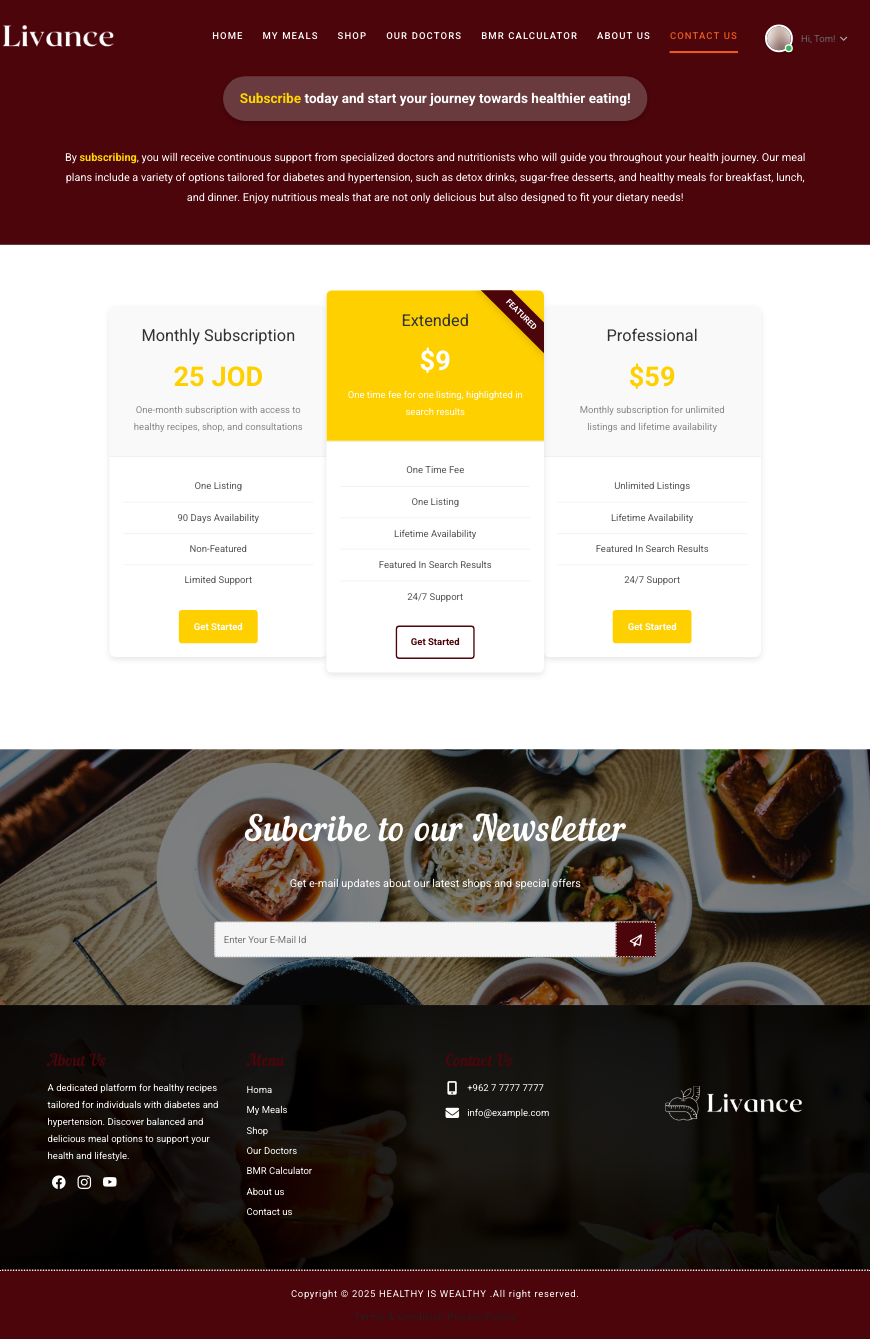
Repository: Surahailat/masterpiece
Page: masterpiece-p1/subsecribe.html
An editor plug-in stored every save of this project. The page is shown before and after the next save, followed by the edit.
The browser window is 1280 px wide. The pictures show the whole page, at 68% of full size.
Backgrounds fixed to the window are drawn as part of the page. Some web fonts or font styles are not loaded; a fallback is used. Some web libraries are served in a nearby version.

Above is the page before, as saved 2025-02-12 21:36:26.

### masterpiece-p1/subsecribe.html
<!DOCTYPE html>
<html lang="en">

<head>
    <!-- Basic -->
    <meta charset="utf-8">
    <meta http-equiv="X-UA-Compatible" content="IE=edge">

    <!-- Mobile Metas -->
    <meta name="viewport" content="width=device-width, maximum-scale=1, initial-scale=1, user-scalable=0">

    <!-- Site Metas -->
    <title>Food Funday Restaurant - One page HTML Responsive</title>
    <meta name="keywords" content="">
    <meta name="description" content="">
    <meta name="author" content="">

    <!-- Site Icons -->
    <link rel="shortcut icon" href="images/favicon.ico" type="image/x-icon" />
    <link rel="apple-touch-icon" href="images/apple-touch-icon.png">
    <link rel="stylesheet" href="https://maxcdn.bootstrapcdn.com/font-awesome/4.6.1/css/font-awesome.min.css">
    <!-- Bootstrap CSS -->
    <link rel="stylesheet" href="css/bootstrap.min.css">
    <link rel="stylesheet" href="https://cdn.jsdelivr.net/npm/bootstrap-icons@1.3.0/font/bootstrap-icons.css">
    <!-- Site CSS -->
    <link rel="stylesheet" href="css/subsecribe.css">
    <!-- Responsive CSS -->
    <link rel="stylesheet" href="css/responsive.css">
    <!-- color -->
    <link id="changeable-colors" rel="stylesheet" href="css/colors/orange.css" />
    <link href="https://cdnjs.cloudflare.com/ajax/libs/font-awesome/6.0.0-beta3/css/all.min.css" rel="stylesheet">



    <script src="https://kit.fontawesome.com/64d58efce2.js" crossorigin="anonymous"></script>



    <!-- Modernizer -->
    <script src="js/modernizer.js"></script>
</head>

<body>
    <div id="loader">
        <div id="status"></div>
    </div>
    <div id="site-header">
        <header id="header" class="header-block-top">
            <div class="container">
                <div class="row">
                    <div class="main-menu">
                        <!-- navbar -->
                        <nav class="navbar navbar-default" id="mainNav">
                            <div class="navbar-header">
                                <button type="button" class="navbar-toggle collapsed" data-toggle="collapse"
                                    data-target="#navbar" aria-expanded="false" aria-controls="navbar">
                                    <span class="sr-only">Toggle navigation</span>
                                    <span class="icon-bar"></span>
                                    <span class="icon-bar"></span>
                                    <span class="icon-bar"></span>
                                </button>
                            </div>
                            <div id="navbar" class="navbar-collapse collapse">
                                <ul class="nav navbar-nav navbar-left" style="width: 2%;">
                                    <li><img src="/images/Screenshot_2025-01-26_114436-removebg-preview (1).png" alt=""
                                            style="width: 34rem;
                                        position: relative;
                                        right: 56%;
                                        top: -6rem;"></li>
                                </ul>
                                <ul class="nav navbar-nav navbar" style="margin-left: 18%;">
                                    <li class="active"><a href="#banner">Home</a></li>
                                    <li><a href="#about">My Meals</a></li>
                                    <li><a href="#our_team">Shop</a></li>
                                    <li><a href="#menu">Our Doctors</a></li>
                                    <li><a href="#gallery">BMR Calculator</a></li>

                                    <li><a href="#reservation">About us</a></li>
                                    <li><a href="#footer">Contact us</a></li>
                                </ul>
                                <!-- Right Side Content / End -->
                                <div class="right-side">
                                    <div class="header-widget">
                                        <!-- User Menu -->
                                        <div class="user-menu">
                                            <div class="user-name"><span><img src="images/dashboard-avatar.jpg"
                                                        alt=""></span>Hi, Tom!</div>
                                            <ul>
                                                <li><a href=""><i class="fa-regular fa-user"
                                                            style="color: #696969;"></i> My Profile</a></li>
                                                <li><a href=""><i class="fa-regular fa-envelope-open"
                                                            style="color: #696969;"></i> Messages</a></li>
                    <li><a href="subsecribe.html"><i class="fa-regular fa-bell" style="color: #696969;"></i> Subscribe</a></li>

                                                <li><a href=""><i class="fa-solid fa-arrow-right-from-bracket"
                                                            style="color: #696969;"></i> Logout</a></li>
                                            </ul>
                                        </div>
                                    </div>
                                </div>

                            </div>
                            <!-- end nav-collapse -->
                        </nav>
                        <!-- end navbar -->
                    </div>
                </div>
                <!-- end row -->
            </div>
            <!-- end container-fluid -->
        </header>
        <!-- end header -->
    </div>
    <!-- end site-header -->

    <div id="banner" class="banner full-screen-mode parallax">
        <div class="subscribe-section">
            <!-- العنوان -->
            <div class="subscribe-header">
                <span>Subscribe</span> today and start your journey towards healthier eating!
            </div>

            <!-- النص الرئيسي -->
            <div class="subscribe-content">
                By <span>subscribing</span>, you will receive continuous support from specialized doctors and
                nutritionists who will guide you throughout your health journey.
                Our meal plans include a variety of options tailored for diabetes and hypertension, such as detox
                drinks, sugar-free desserts, and healthy meals for breakfast, lunch, and dinner.
                Enjoy nutritious meals that are not only delicious but also designed to fit your dietary needs!
            </div>
        </div>

    </div>
    <!-- end banner -->

    <div class="pricing-container">
        <!-- Basic Plan -->
        <div class="plan">
            <div class="plan-price">
                <h3>Monthly Subscription</h3>
                <div class="value">25 JOD</div>
                <div class="period">One-month subscription with access to healthy recipes, shop, and consultations</div>
            </div>
            <div class="plan-features">
                <ul>
                    <li>One Listing</li>
                    <li>90 Days Availability</li>
                    <li>Non-Featured</li>
                    <li>Limited Support</li>
                </ul>
                <a href="#">Get Started</a>
            </div>
        </div>

        <!-- Extended Plan -->
        <div class="plan plan-featured">
            <div class="listing-badge"><span>Featured</span></div>
            <div class="plan-price">
                <h3>Extended</h3>
                <div class="value">$9</div>
                <div class="period">One time fee for one listing, highlighted in search results</div>
            </div>
            <div class="plan-features">
                <ul>
                    <li>One Time Fee</li>
                    <li>One Listing</li>
                    <li>Lifetime Availability</li>
                    <li>Featured In Search Results</li>
                    <li>24/7 Support</li>
                </ul>
                <a href="#">Get Started</a>
            </div>
        </div>

        <!-- Professional Plan -->
        <div class="plan">
            <div class="plan-price">
                <h3>Professional</h3>
                <div class="value">$59</div>
                <div class="period">Monthly subscription for unlimited listings and lifetime availability</div>
            </div>
            <div class="plan-features">
                <ul>
                    <li>Unlimited Listings</li>
                    <li>Lifetime Availability</li>
                    <li>Featured In Search Results</li>
                    <li>24/7 Support</li>
                </ul>
                <a href="#">Get Started</a>
            </div>
        </div>
    </div>


    <div id="footer" class="footer-main">
        <div class="footer-news pad-top-100 pad-bottom-70 parallax">
            <div class="container">
                <div class="row">
                    <div class="col-lg-12 col-md-12 col-sm-12 col-xs-12">
                        <div class="wow fadeIn" data-wow-duration="1s" data-wow-delay="0.1s">
                            <h2 class="ft-title color-white text-center">Subcribe to our Newsletter</h2>
                            <p> Get e-mail updates about our latest shops and special offers</p>
                        </div>
                        <form>
                            <input type="email" placeholder="Enter your e-mail id">
                            <a href="#" class="orange-btn"><i class="fa fa-paper-plane-o" aria-hidden="true"></i></a>
                        </form>
                    </div>
                    <!-- end col -->
                </div>
                <!-- end row -->
            </div>
            <!-- end container -->
        </div>
        <!-- end footer-news -->
        <div class="footer-box pad-top-70">
            <div class="container">
                <div class="row">
                    <div class="footer-in-main">

                        <div class="col-lg-3 col-md-3 col-sm-6 col-xs-12">
                            <div class="footer-box-a">
                                <h3>About Us</h3>
                                <p>A dedicated platform for healthy recipes tailored for individuals with diabetes
                                    and
                                    hypertension. Discover balanced and delicious meal options to support your
                                    health
                                    and lifestyle.</p>
                                <ul class="socials-box footer-socials pull-left">
                                    <li>
                                        <a href="#">
                                            <div class="social-circle-border"><i class="bi bi-facebook"></i></div>
                                        </a>
                                    </li>

                                    <li>
                                        <a href="#">
                                            <div class="social-circle-border"><i class="bi bi-instagram"></i>
                                            </div>
                                        </a>
                                    </li>
                                    <li>
                                        <a href="#">
                                            <div class="social-circle-border"><i class="bi bi-youtube"></i></div>
                                        </a>
                                    </li>
                                </ul>

                            </div>
                            <!-- end footer-box-a -->
                        </div>
                        <!-- end col -->
                        <div class="col-lg-3 col-md-3 col-sm-6 col-xs-12">
                            <div class="footer-box-b">
                                <h3>Menu</h3>
                                <ul>
                                    <li><a href="#">Homa</a></li>
                                    <li><a href="#">My Meals</a></li>
                                    <li><a href="#">Shop</a></li>
                                    <li><a href="#">Our Doctors</a></li>
                                    <li><a href="#">BMR Calculator</a></li>
                                    <li><a href="#">About us</a></li>
                                    <li><a href="#">Contact us</a></li>

                                </ul>
                            </div>
                            <!-- end footer-box-b -->
                        </div>
                        <!-- end col -->
                        <div class="col-lg-3 col-md-3 col-sm-6 col-xs-12">
                            <div class="footer-box-c">
                                <h3>Contact Us</h3>

                                <p>
                                    <i class="fa fa-mobile" aria-hidden="true"></i>
                                    <span>
                                        +962 7 7777 7777
                                    </span>
                                </p>
                                <p>
                                    <i class="fa fa-envelope" aria-hidden="true"></i>
                                    <span><a href="#">info@example.com</a></span>
                                </p>
                            </div>
                            <!-- end footer-box-c -->
                        </div>
                        <!-- end col -->
                        <div class="footer-logo">
                            <div class="text-center">
                                <img src="/images/Screenshot_2025-01-26_114436-removebg-preview (1).png" alt="" style="    width: 25%;
margin-top: -2%;" />
                            </div>
                        </div>
                    </div>
                    <!-- end footer-in-main -->
                </div>
                <!-- end row -->
            </div>
            <!-- end container -->
            <div id="copyright" class="copyright-main">
                <div class="container">
                    <div class="row">
                        <div class="col-lg-12 col-md-12 col-sm-12 col-xs-12">
                            <h6 class="copy-title"> Copyright &copy; 2025 HEALTHY IS WEALTHY .All right reserved.
                                <br>
                                <br>
                                <a href="https://themewagon.com/" target="_blank">Terms & Condition </a>
                                <a href="https://themewagon.com/" target="_blank">Privacy Policy</a>
                            </h6>
                        </div>
                    </div>
                    <!-- end row -->
                </div>
                <!-- end container -->
            </div>
            <!-- end copyright-main -->
        </div>
        <!-- end footer-box -->
    </div>
    <!-- end footer-main -->
    <!-- ALL JS FILES -->


    <a href="#" class="scrollup" style="display: none;">Scroll</a>




    <script src="js/all.js"></script>
    <script src="js/bootstrap.min.js"></script>
    <!-- ALL PLUGINS -->
    <script src="js/custom.js"></script>
    <script src="https://code.jquery.com/jquery-2.2.4.min.js"></script>
    <script>
        document.addEventListener("DOMContentLoaded", function () {
            const userMenu = document.querySelector(".user-menu");
            const userName = userMenu.querySelector(".user-name");
            const menuList = userMenu.querySelector("ul");

            userName.addEventListener("click", function (event) {
                event.stopPropagation(); // منع غلق القائمة عند الضغط على العنصر نفسه
                userMenu.classList.toggle("active");
            });

            document.addEventListener("click", function (event) {
                if (!userMenu.contains(event.target)) {
                    userMenu.classList.remove("active"); // إخفاء القائمة عند النقر خارجها
                }
            });
        });
    </script>
</body>

</html>

### masterpiece-p1/css/colors/orange.css
.navbar-default .navbar-toggle .icon-bar{
	background-color: #e75b1e;
}
.main-menu .navbar-default .navbar-nav .active a{
	color: #e75b1e;
}
.main-menu nav li a::after {
    background: #e75b1e;
}
.typer{
	color: #e75b1e !important;
}
.banner-text h2{
	color: #e75b1e
}
.book-btn a{
	background: #e75b1e;
	border: 3px solid #e75b1e;
}
.book-btn a:hover{
	border: 3px solid #f04900;
}
.hvr-underline-from-center::before{
	background:#f04900;
}
.block-title{
	color: #e75b1e;
}
.item-type-zoom .item-hover:hover::before{
	background: rgba(231, 91, 30, 0.5);
}
.special-box .owl-theme .owl-controls .owl-page.active span{
	background: #e75b1e;
}
.offer-item div h3{
	color: #e75b1e;
}
.tab-menu .is-active{
	background: #e75b1e;
}
.tab-menu .slick-arrow.slick-prev{
	background: #e75b1e url(../../images/back.png) no-repeat center;
	background-position: 2px 4px;
}
.tab-menu .slick-arrow.slick-next{
	background: #e75b1e url(../../images/next.png) no-repeat center;
	background-position: 7px 4px;
}

.offer-item .offer-price{
	border: 1px solid #e75b1e;
}
.sf-team:hover .text-col{
	background-color: #e75b1e;
}
.gal-item a::after{
	background-color: rgba(231, 91, 30, 0.75);
}
.overlay i:hover{
	border: 1px solid #e75b1e;
	color: #e75b1e;
}
.blog-btn-v a{
	background: #e75b1e;
	border: 3px solid #e75b1e;
}
.book-srv a{
	background: #e75b1e;
	border: 3px solid #e75b1e;
}

.panel-pricing .panel-heading{
	background: #e75b1e;
}
.panel-pricing{
	border: 1px solid #e75b1e;
}
.panel-body p strong span{
	color: #e75b1e;
}
.pricing-main .panel-footer a{
	background: #e75b1e;
	border: 3px solid #e75b1e;
}
.pricing-main .panel-footer a:hover{
	border: 3px solid #f04900;
}

.reserve-book-btn button{
	background: #e75b1e;
	border: 3px solid #e75b1e;
}
.reserve-book-btn button:hover a{
	color:#000000;
}
.footer-news form a{
	background: #e75b1e;
}
.footer-news form a:hover{
	border: 2px dotted #e75b1e;
}
.footer-box-a h3{
	color: #e75b1e;
}
.footer-box-b h3{
	color: #e75b1e;
}
.footer-box-c h3{
	color: #e75b1e;
}
.footer-box-d h3{
	color: #e75b1e;
}
.footer-box-c p a:hover{
	color: #e75b1e;
}
.footer-box-b ul li a:hover{
	color: #e75b1e;
}

.footer-box .socials-box a:hover .social-circle-border{
	color: #e75b1e;
}

.footer-box-c p i{
	color: #e75b1e;
}

.copyright-main{
	background: #e75b1e;
}

#color-panel a.panel-button:hover{
	color: #e75b1e;
}

Loaded but not shown: masterpiece-p1/css/bootstrap.min.css (library); masterpiece-p1/css/owl.theme.css (common file); masterpiece-p1/css/owl.carousel.css (library); masterpiece-p1/css/slick.css (common file); masterpiece-p1/css/flaticon.css (common file); masterpiece-p1/css/font-awesome.min.css (library); masterpiece-p1/css/bootstrap-datetimepicker.css (library); masterpiece-p1/css/bootstrap-select.min.css (library); masterpiece-p1/css/normalize.css (library); masterpiece-p1/css/animate.min.css (library); masterpiece-p1/js/all.js (library); masterpiece-p1/js/bootstrap.min.js (library); masterpiece-p1/js/modernizer.js (4546 lines, source omitted); masterpiece-p1/js/custom.js (309 lines, source omitted); masterpiece-p1/css/subsecribe.css (1276 lines, source omitted); masterpiece-p1/css/responsive.css (333 lines, source omitted)

After the next save:
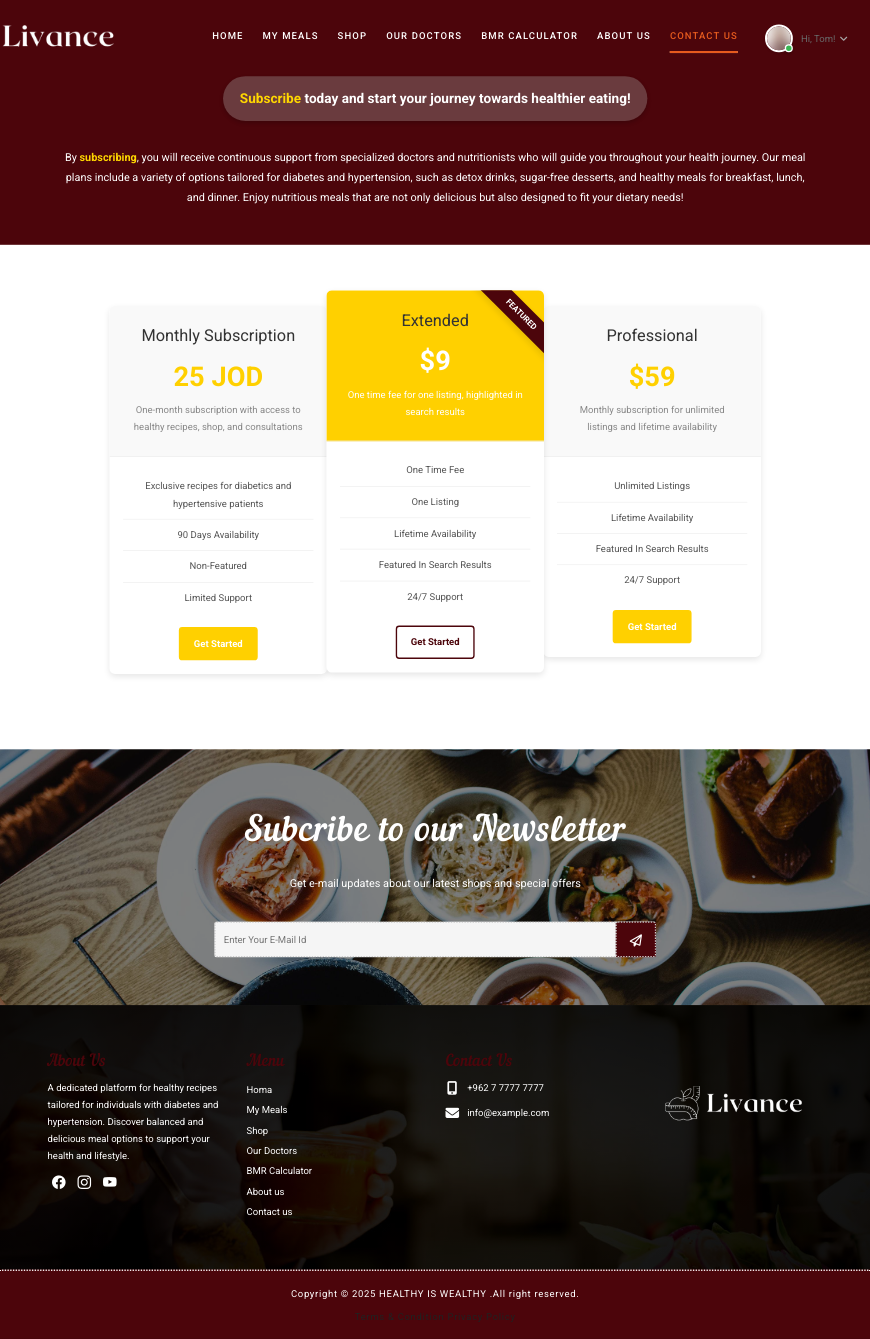
Saved 19 s later.
--- a/masterpiece-p1/subsecribe.html
+++ b/masterpiece-p1/subsecribe.html
@@ -143,7 +143,7 @@
             </div>
             <div class="plan-features">
                 <ul>
-                    <li>One Listing</li>
+                    <li>Exclusive recipes for diabetics and hypertensive patients</li>
                     <li>90 Days Availability</li>
                     <li>Non-Featured</li>
                     <li>Limited Support</li>
